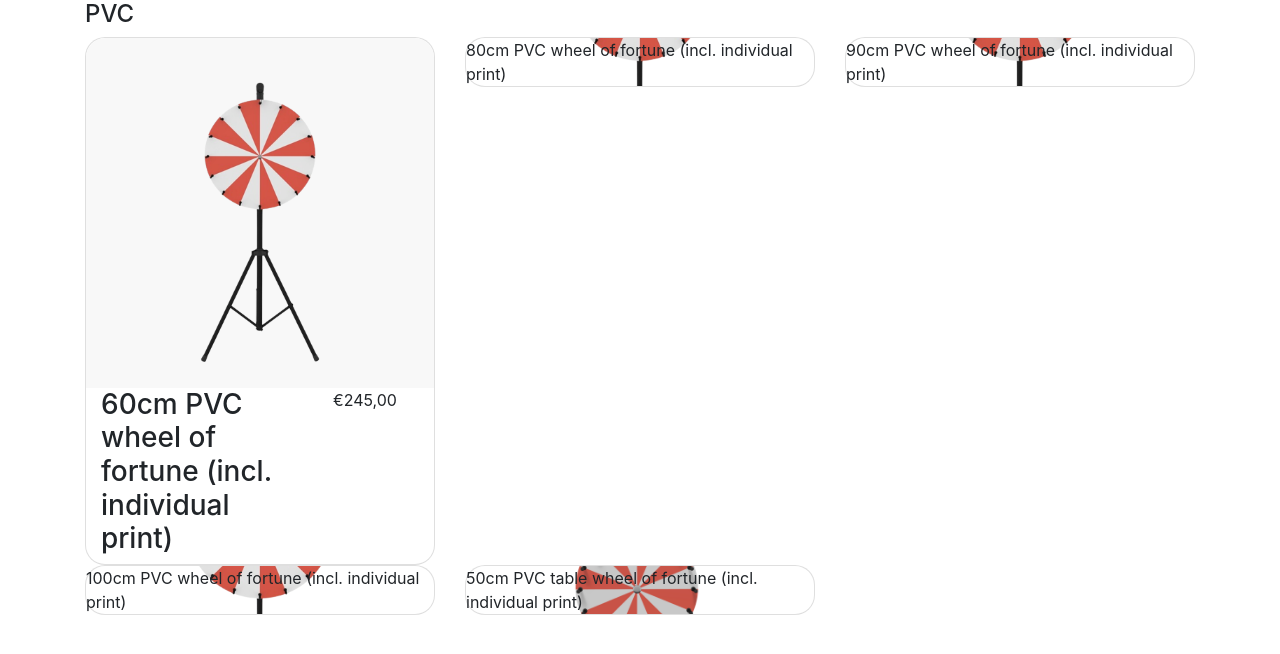
Repository: Awaisp-irfan/fahad-project
Page: pvc.html
The author's editor kept a copy of each file at every save. The page is drawn from the files as they stood at one save, then again after the next save.
The browser window is 1280 px wide. The pictures show the whole page.

Above is the page before, as saved 2022-06-30 09:08:34.

### pvc.html
<!DOCTYPE html>
<html lang="en">
<head>
    <meta charset="UTF-8">
    <meta http-equiv="X-UA-Compatible" content="IE=edge">
    <meta name="viewport" content="width=device-width, initial-scale=1.0">
    <link
    rel="stylesheet"
    href="https://cdn.jsdelivr.net/npm/bootstrap@4.6.1/dist/css/bootstrap.min.css"
    integrity="sha384-zCbKRCUGaJDkqS1kPbPd7TveP5iyJE0EjAuZQTgFLD2ylzuqKfdKlfG/eSrtxUkn"
    crossorigin="anonymous"
  />

  <link rel="stylesheet" href="./style.css" />
    <title>Document</title>
</head>
<body>
    <div class="container">
        <div class="row">
            <div class="col-lg-12">
                <h4 class="heading">PVC</h4>
            </div>
        </div>

        <div class="row">
            <div class="col-lg-4">
                <div class="card ">
                    <div class="img-div">
                        <div class="cm60-img">

                        </div>
                    </div>
                    <div class="cm60-content d-flex justify-content-between">
                        <div class="col-lg-8"><h3>60cm PVC wheel of fortune (incl. individual print)</h3></div>
                         <div class="col-lg-4">€245,00</div>
                    </div>
                </div>
            </div>
            <div class="col-lg-4">
                <div class="card img-div">
                    <div class="cm80">80cm PVC wheel of fortune (incl. individual print)</div>
                </div>
            </div>
            <div class="col-lg-4">
                <div class="card img-div">
                    <div class="cm90">90cm PVC wheel of fortune (incl. individual print)</div>
                </div>
            </div>
            <div class="col-lg-4">
                <div class="card img-div">
                    <div class="cm100">100cm PVC wheel of fortune (incl. individual print)</div>
                </div>
            </div>
            <div class="col-lg-4">
                <div class="card img-div">
                    <div class="cm50">50cm PVC table wheel of fortune (incl. individual print)</div>
                </div>
            </div>
        </div>
    </div>
</body>
</html>

### style.css
.pvc{
    background-image: url(./assests/2289977149.jpg);
    background-size: cover;
    background-position: center;
    background-repeat: no-repeat;
    height: 100%;
    border-radius: 20px;
}

.col-lg-4>a > .img-div{
    height: 400px;
    border-radius: 20px;
}
.card{
    border-radius: 20px;
}
.card>.img-div{
    height: 350px;
    border-top-left-radius: 20px;
    border-top-right-radius: 20px;
    background-color: rgb(248, 248, 248);
}
.wooden{
    background-image: url(./assests/wooden.jpg);
    background-size: cover;
    background-position: center;
    background-repeat: no-repeat;
    height: 100%;
    border-radius: 20px;
}

.display{
    background-image: url(./assests/display.jpg);
    background-size: cover;
    background-position: center;
    background-repeat: no-repeat;
    height: 100%;
    border-radius: 20px;
}
.cm60-img{
    background: url(./assests/60cm_PVC-removebg-preview.png);

    background-size: cover;
    background-position: center;
    background-repeat: no-repeat;
    height: 100%;
    border-radius: 20px;
}

.cm80{
    background: url(./assests/80cm_PVC-removebg-preview.png);

    background-size: cover;
    background-position: center;
    background-repeat: no-repeat;
    height: 100%;
    border-radius: 20px;
}

.cm90{
    background: url(./assests/90cm_PVC-removebg-preview.png);

    background-size: cover;
    background-position: center;
    background-repeat: no-repeat;
    height: 100%;
    border-radius: 20px;
}
.cm100{
    background: url(./assests/100cm_PVC-removebg-preview.png);

    background-size: cover;
    background-position: center;
    background-repeat: no-repeat;
    height: 100%;
    border-radius: 20px;
}

.cm50{
    background: url(./assests//50cm\ PVC.png);

    background-size: cover;
    background-position: center;
    background-repeat: no-repeat;
    height: 100%;
    border-radius: 20px;
}

After the next save:
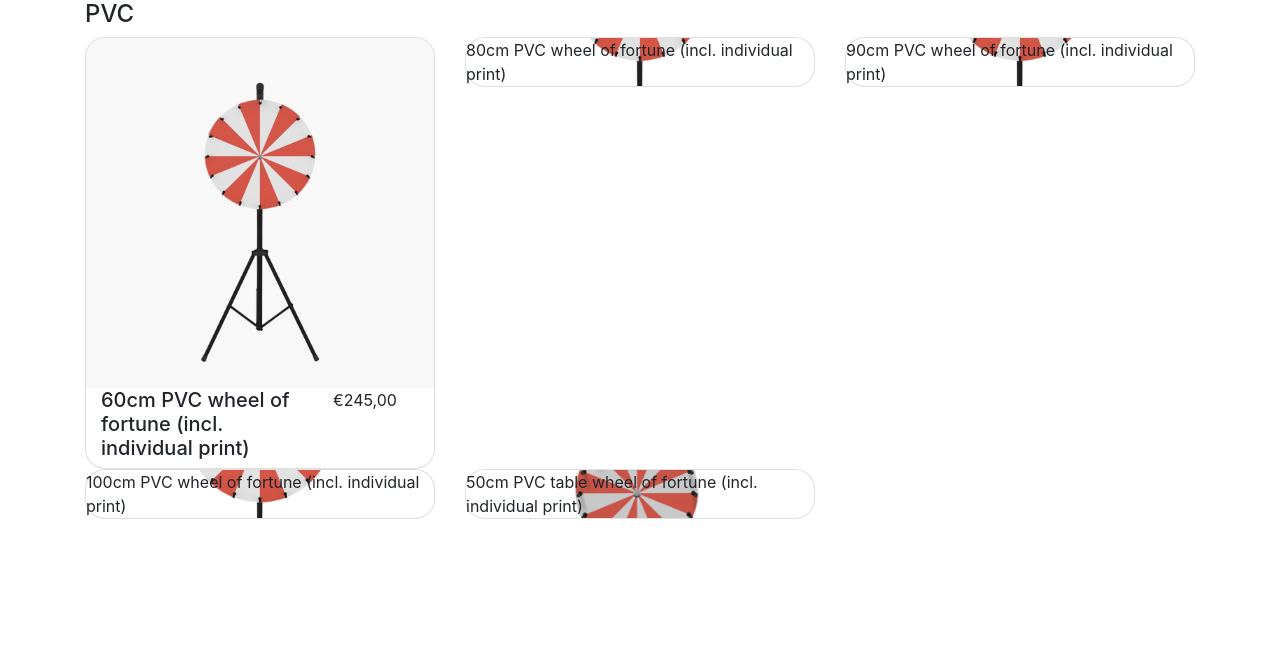
Saved 16 s later.
--- a/pvc.html
+++ b/pvc.html
@@ -31,7 +31,7 @@
                         </div>
                     </div>
                     <div class="cm60-content d-flex justify-content-between">
-                        <div class="col-lg-8"><h3>60cm PVC wheel of fortune (incl. individual print)</h3></div>
+                        <div class="col-lg-8"><h5>60cm PVC wheel of fortune (incl. individual print)</h5></div>
                          <div class="col-lg-4">€245,00</div>
                     </div>
                 </div>
